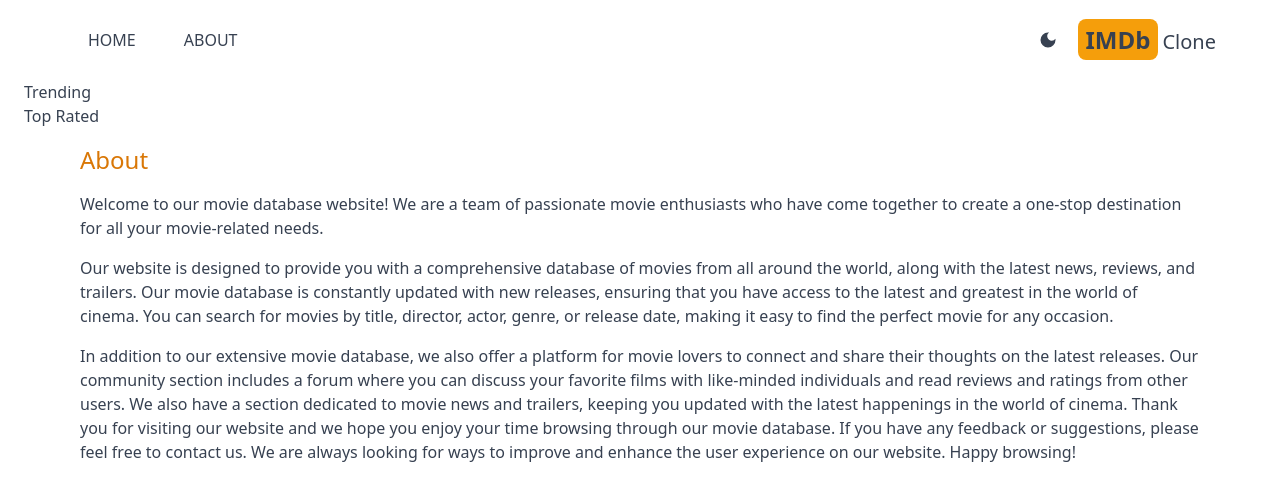
Repository: dnjfht/imdb
Page: /about
An editor plug-in stored every save of this project. The page is shown before and after the next save, followed by the edit.
The browser window is 1280 px wide. The pictures show the whole page.
The project was rebuilt for these pictures with package versions that can differ from the ones it lists, and the page was loaded fresh each time. The framework's server and built-in components were replaced by stand-ins that run in the browser. Also part of the build but not shown: next.config.js.

Above is the page before, as saved 2023-10-02 12:59:05.

After the next save:
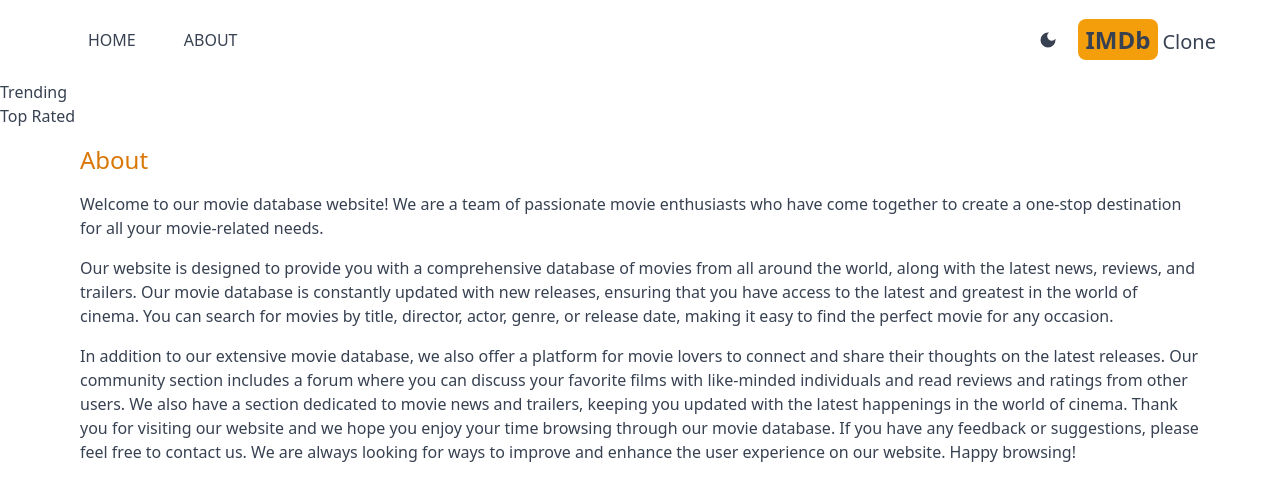
Saved 34 s later.
--- a/src/app/components/NavbarItem.jsx
+++ b/src/app/components/NavbarItem.jsx
@@ -3,10 +3,10 @@
 export default function NavbarItem({ title, address }) {
   return (
     <div>
-      <Link href={address} className="mx-4 lg:mx-6 hover:text-amber-600">
+      <Link href={address} className="">
         {/* 페이지를 새로 고치지 않고 해당 웹사이트, 해당 URL로 이동. */}
         {/*<Icon className="text-2xl sm:hidden mx-4" />*/}
-        <p className="hidden sm:inline my-2 text-small">{title}</p>
+        <p className="">{title}</p>
       </Link>
     </div>
   );
